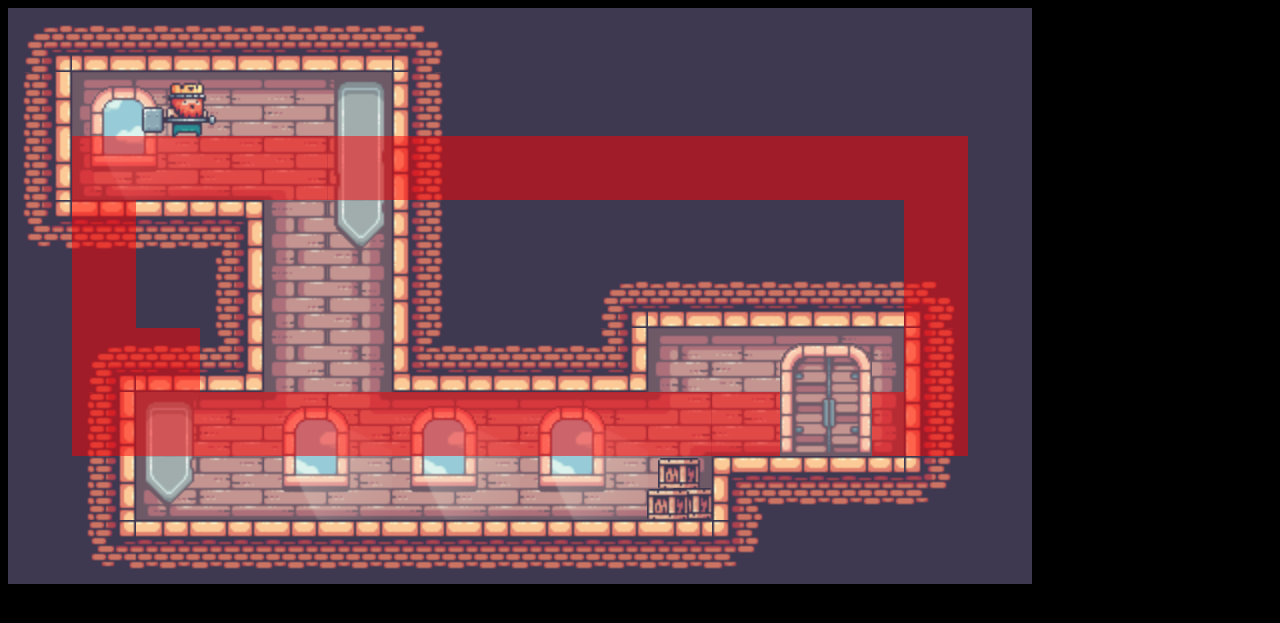
Repository: kassemKu/vanilla_kings_and_pigs
Page: index.html
The author's editor kept a copy of each file at every save. The page is drawn from the files as they stood at one save, then again after the next save.
The browser window is 1280 px wide. The pictures show the whole page.

Above is the page before, as saved 2022-11-12 22:16:16.

After the next save:
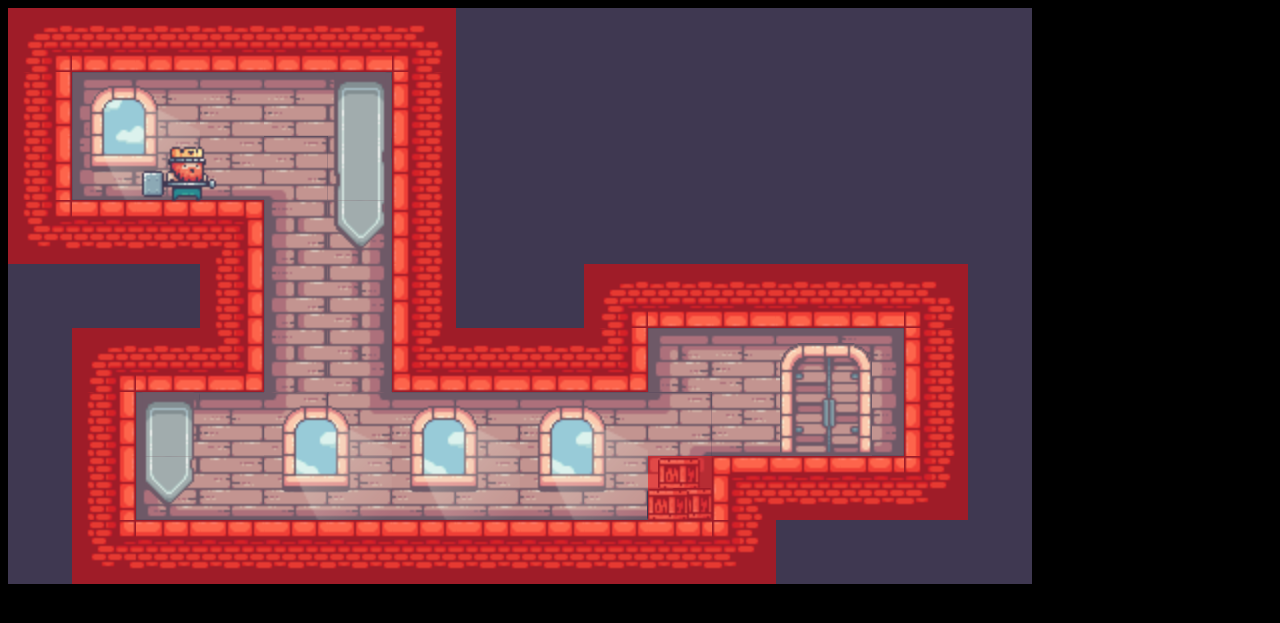
Saved 2 min 38 s later.
--- a/main.js
+++ b/main.js
@@ -91,7 +91,7 @@ let levels = {
   },
   2: {
     init: () => {
-      parsedCollisions = collisionsLevel1.parse2D();
+      parsedCollisions = collisionsLevel2.parse2D();
       collisionBlocks = parsedCollisions.createObjectFrom2D();
       player.collisionBlocks = collisionBlocks
       player.position.x = 96
